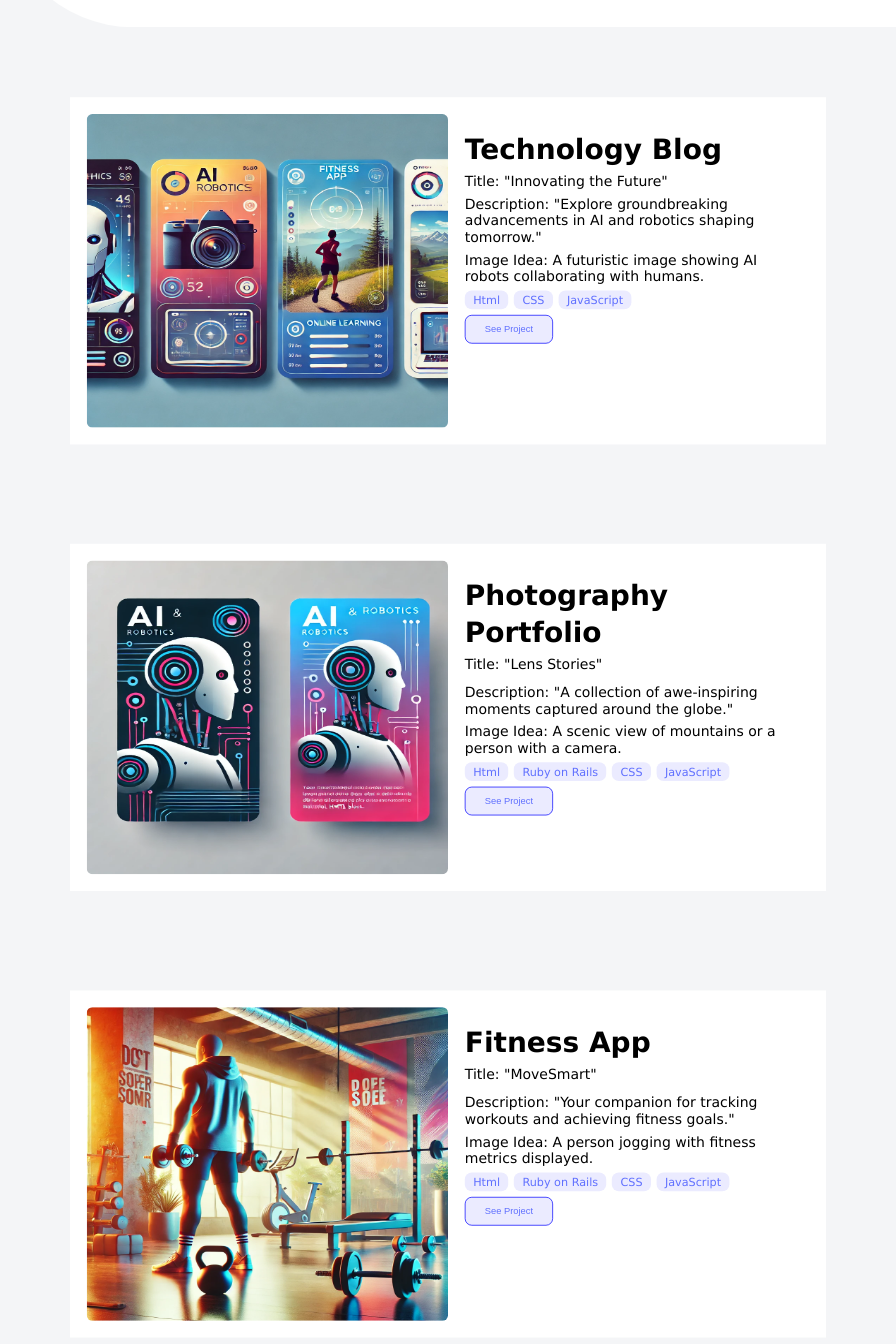
Repository: usman3123/portfolio-template-3
Page: portfolio.html
The author's editor kept a copy of each file at every save. The page is drawn from the files as they stood at one save, then again after the next save.
The browser window is 1280 px wide. The pictures show the part of the page from y = 807 to 2727 px (the page is 3456 px tall), at 70% of full size.
Some web libraries are served in a nearby version.

Above is the page before, as saved 2025-01-25 13:26:25.

### portfolio.html
<!DOCTYPE html>
<html lang="en">
<head>
  <meta charset="UTF-8">
  <meta name="viewport" content="width=device-width, initial-scale=1.0">
  <title>project 2</title>
  <link rel="stylesheet" href="style.css">
  <link href='https://unpkg.com/boxicons@2.1.4/css/boxicons.min.css' rel='stylesheet'>
  <link rel="stylesheet" href="https://cdnjs.cloudflare.com/ajax/libs/font-awesome/6.6.0/css/all.min.css" integrity="sha512-Kc323vGBEqzTmouAECnVceyQqyqdsSiqLQISBL29aUW4U/M7pSPA/gEUZQqv1cwx4OnYxTxve5UMg5GT6L4JJg==" crossorigin="anonymous" referrerpolicy="no-referrer" />
  <link rel="stylesheet" href="https://cdnjs.cloudflare.com/ajax/libs/font-awesome/6.6.0/css/all.min.css" integrity="sha512-Kc323vGBEqzTmouAECnVceyQqyqdsSiqLQISBL29aUW4U/M7pSPA/gEUZQqv1cwx4OnYxTxve5UMg5GT6L4JJg==" crossorigin="anonymous" referrerpolicy="no-referrer" />

  <link rel="stylesheet" href="https://cdnjs.cloudflare.com/ajax/libs/font-awesome/6.7.2/css/all.min.css">
  <link rel="preconnect" href="https://fonts.googleapis.com">
<link rel="preconnect" href="https://fonts.gstatic.com" crossorigin>
<link href="https://fonts.googleapis.com/css2?family=Poppins:ital,wght@0,100;0,200;0,300;0,400;0,500;0,600;0,700;0,800;0,900;1,100;1,200;1,300;1,400;1,500;1,600;1,700;1,800;1,900&display=swap" rel="stylesheet">
</head>

<body>
<section class="webpage">
  <!-- Navbar -->

 <div class="hero-page">
  <div class="header-div">
    <nav class="nav-bar flex">
        <h4 class="nav-heading">My Logo</h4>
        <div class="nav-links flex">
            <a href="#myportfolio" class="link">Portfolo</a>
            <a href="myabout" class="link">About</a>
            <a href="mycontact" class="link" >Contact</a>
        </div>
        <i class="fa-solid fa-light fa-bars fa-xl " id="nav-icon"></i>
    </nav>
</div>

  <!-- Main Content -->
  <section id="myportfolio" class="hero-section flex">
    <div class="hero-content flex">
        <h1 class="hero-head"> I'm USMAN!
          Glad to see you.
      </h1>
      <p class="hero-p">
         I'm a software developer! I can help you build a product , feature or website Look through  some of my work and experience! If you like what you see and have a project you need coded, don’t hesitate to contact me.
      </p>
     <p class="let-connect"> LET'S CONNECT</p>

      <div class="icons flex">
          <img src="/assets/twitter.png" class="media-icon">
          <img src="assets/Linkedin.png" class="media-icon">
          <img src="assets/M.png" class="media-icon">
          <img src="assets/Github.png" class="media-icon">
          <img src="assets/V.png" class="media-icon">
      </div>
    </div>
  </section>

 </div>
  <!-- Cards Section -->

  <section class="cards flex">
    <div class="card flex">
      <img class="card-img" src="/assets/card-1img.webp" alt="CARD_!_IMG">
      <div class="card-content flex">
        <h2>Technology Blog</h2>
        <p class="content-p">Title: "Innovating the Future"</p>
        <p class="content-p">Description: "Explore groundbreaking advancements in AI and robotics shaping tomorrow."</p>
        <p class="content-p">Image Idea: A futuristic image showing AI robots collaborating with humans.</p>
        <div class="languages flex">
          <p class="lang">Html</p>
          <p class="lang">CSS</p>
          <p class="lang">JavaScript</p>
        </div>
        <button class="content-btn">See Project</button>
      </div>
    </div>
    <div class="card flex">
      <img class="card-img" src="/assets/card-2img.webp" alt="CARD_!_IMG">
      <div class="card-content flex">
        <h2>Photography Portfolio</h2>
        <p class="content-p">Title: "Lens Stories"<p>
        <p class="content-p">Description: "A collection of awe-inspiring moments captured around the globe."</p>
        <p class="content-p">Image Idea: A scenic view of mountains or a person with a camera.
        </p>
        <div class="languages flex">
          <p class="lang">Html</p>
          <p class="lang">Ruby on Rails</p>
          <p class="lang">CSS</p>
          <p class="lang">JavaScript</p>
        </div>
        <button class="content-btn">See Project</button>
      </div>
    </div>
    <div class="card flex">
      <img class="card-img" src="/assets/card-3img.webp" alt="CARD_!_IMG">
      <div class="card-content flex">
        <h2>Fitness App</h2>
        <p class="content-p">Title: "MoveSmart"<p>
        <p class="content-p">Description: "Your companion for tracking workouts and achieving fitness goals."</p>
        <p class="content-p">Image Idea: A person jogging with fitness metrics displayed.</p>
        <div class="languages flex">
          <p class="lang">Html</p>
          <p class="lang">Ruby on Rails</p>
          <p class="lang">CSS</p>
          <p class="lang">JavaScript</p>
        </div>
        <button class="content-btn">See Project</button>
      </div>
    </div>
    <div class="card flex">
      <img class="card-img" src="/assets/card-4img.webp" alt="CARD_!_IMG">
      <div class="card-content flex">
        <h2>Online Learning</h2>
        <p class="content-p">Title: "Skillify"p>
        <p class="content-p">Description: "Join courses from world-class instructors and master new skills."</p>
        <p class="content-p">Image Idea: A laptop with an open notebook and a student studying.</p>
        <div class="languages flex">
          <p class="lang">Html</p>
          <p class="lang">Ruby on Rails</p>
          <p class="lang">CSS</p>
          <p class="lang">JavaScript</p>
        </div>
        <button class="content-btn">See Project</button>
      </div>
    </div>
  </section>


   <!-- ABOUT MYSELF -->

  <!-- <section id="myabout" class="about flex">

    <div class="about-intro flex">
      <h1 style="font-size: 40px;">About Myself</h1>
      <p class="about-paragraph">Hello I'm a software developer! I can help you build a product , feature or website Look through some of my work and experience! If you like what you see and have a project you need coded, don't hesitate to contact me.</p>
        <p class="let-connect">Let's Connect</p>
        <div class="icons flex icon-gap">
          <img src="assets/twitter.png" class="twitter">
          <img src="assets/Linkedin.png" class="inimage">
          <img src="assets/M.png" class="mimage">
          <img src="assets/Github.png" class="tomimage">
          <img src="assets/V.png" class="protocol">
      </div>
      <button class="button rsm-btn"> Get my resume</button>
    </div>

    <div class="about-skills flex">
      <div class="about-all flex">
        <p>Languages</p>
        <i class='bx bx-chevron-down'></i>
      </div>
      <div class="about-lang flex">
        <div class="about-lang-img flex">
          <i class="fa-brands fa-js" style="color: #ff0000;"></i>
          <p>JavaScript</p>
        </div>
        <div class="about-lang-img flex">
          <i class="fa-brands fa-html5" style="color: #FFD43B;"></i>
          <p>Html</p>

        </div>
        <div class="about-lang-img flex">
          <i class="fa-brands fa-css3-alt" style="color: #74C0FC;"></i>
          <p>css</p>
        </div>
      </div>
      <div class="about-all flex">
        <p> Frameworks</p>
        <i class='bx bx-chevron-right'></i>
      </div>
      <div class="about-all flex">
        <p>Skills</p>
        <i class='bx bx-chevron-right'></i>
        </div>
        </div>
        <div class="contact-section flex">
            <h4 class="contact-paragraph">I'm always interested in hearing about new projects, so if you'd like to chat please get in touch.</h4>
            <form action="submit-form" class="contact-form flex">
                <div class="names flex">
                    <input type="text" placeholder="Full name" class="first-name">
                    <input type="text" placeholder="last name" class="last-name">
      </div>
        <div class="contact-section flex">
            <h4 class="contact-paragraph">I'm always interested in hearing about new projects, so if you'd like to chat please get in touch.</h4>
            <form action="submit-form" class="contact-form flex">
                <div class="names flex">
                    <input type="text" placeholder="Full name" class="first-name">
                    <input type="text" placeholder="last name" class="last-name">
    </div>
  </section> -->

  <!-- Contact section -->

  <!-- <section id="mycontact" class="contact-section">
    <h1 class="contact-heading">Contact Me</h1>
    <p class="contact-description">
        If you have an application you are interested in developing, a feature that you need built, or a project that needs coding, I'd love to help with it!
    </p>
    <form class="contact-form">
        <input class="form-input" type="text" placeholder="Your Name">
        <input class="form-input" type="email" placeholder="Your Email">
        <textarea class="form-message" placeholder="Write your message here..."></textarea>
        <button class="form-button">Get in Touch</button>
    </form>

</section>

</main> -->
</section>

<script src="index.js"></script>
</body>
</html>

### style.css
*{
    margin: 0;
    padding: 0;
    box-sizing: border-box;
}

body {
    font-family: Verdana, Geneva, Tahoma, sans-serif;
    background-color: #f4f5f7;
}

.flex {
    display: flex;
}

/* nav-bar */

.header-div {
    background-color: #3c3a39;
    width: 100%;
}

.nav-bar {
    justify-content: space-between;
    color: white;
    max-width: 1204px;
    align-items: center;
    padding: 10px 24px;
}

.nav-heading {
    font-size: 30px;
}

.nav-links {
    gap: 40px;
    align-items: center;
    font-size: 25px;
    display: none;
}
.nav-icon {
    display: flex;
    width: 24px;
}


/* hero-section */

.hero-page {
    background-color: white;
    border-bottom-left-radius: 190px;
    background-image: url(/assets/Header\ bg@2x.png);
    background-size: contain;
    max-height: 846px;
    background-position: center;
    background-repeat: no-repeat;
    max-width: 1440px;
}
.hero-section {
    height: 846px;
    align-items: center;
    justify-content: center;
    padding-left: 20%;
}
.hero-content {
    flex-direction: column;
    gap: 20px;
}
.hero-head {
    font-size: 48px;
    font-weight: 700;
    width: 35%;
}

.hero-p {
    font-size: 25px;
    line-height: 28px;
    color: #344563;

    width: 73%;
}

.let-connect {
    color: #1d32f7;
    font-size: 20px;
    font-weight: 500;
    line-height: 24px;
}

.media-icon {
    height: 35px;
}

.icons {
    gap: 10px;
}

.nav-head {
    max-width: 1440px;
    width: 100%;
}
.enable {
    color: blue;
}
.link {
    color: white;
    text-decoration: none;
}

/* card-section */

.cards {
    flex-direction: column;
    align-items: center;
    gap:142px;
    padding: 100px;
}
.card {
    background-color: white;
    max-width: 1156px;
    max-height: 496px;
    width: 100%;
    padding: 24px;
}
.card-img {
    max-width: 544px;
    width: 50%;
    border-radius:8px ;
}

.card-content {
    padding: 24px;
    flex-direction: column;
    gap: 24px;
}

.card-content > h2 {
    font-size: 40px;
    font-weight: 700;
    line-height: 52px;
}
.content-p {
    font-size: 20px;
    font-weight: 400;
    line-height: 24px;
}

.languages {
    gap: 8px;
}

.lang {
    padding: 4px 12px;
    color: #6070ff;
    background-color: #ebebff;
    border-radius: 10px;
}

.content-btn {
    max-width: 126px;
    width: 100%;
    padding: 4px 12px;
    color: #6070ff;
    background-color: #ebebff;
    border-radius: 10px;
    padding: 12px;
    border: 1px solid blue;
}

@media (max-width : 1100px) {
    .hero-head {
        width: 53%;
    }
}
@media (max-width : 500px) {
    .hero-head {
        width: 100%;
    }
    .hero-section {
        padding: 24px;
    }
    .hero-p {
        width: 100%;
    }
}
@media (min-width : 700px) {
    .nav-links {
        display: flex;
    }
    #nav-icon {
        display: none;
    }
}
@media (max-width : 1440px) {
    .card-content {
        gap: 8px;
    }
}

Loaded but not shown: index.js (no copy from this time; the picture is the same without it)

After the next save:
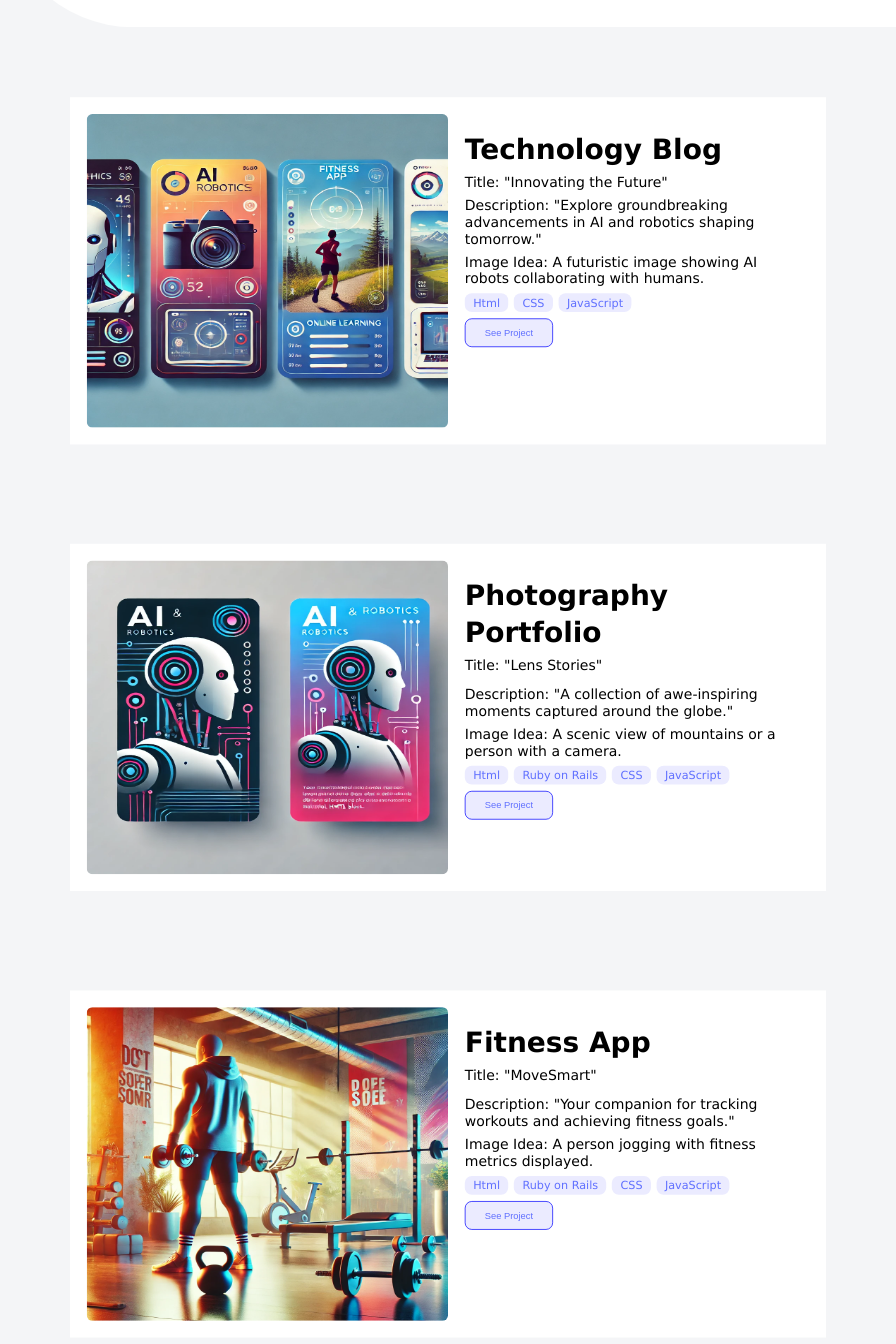
Saved 19 s later.
--- a/style.css
+++ b/style.css
@@ -193,6 +193,6 @@
 }
 @media (max-width : 1440px) {
     .card-content {
-        gap: 8px;
+        gap: 9px;
     }
 }

After the save that followed:
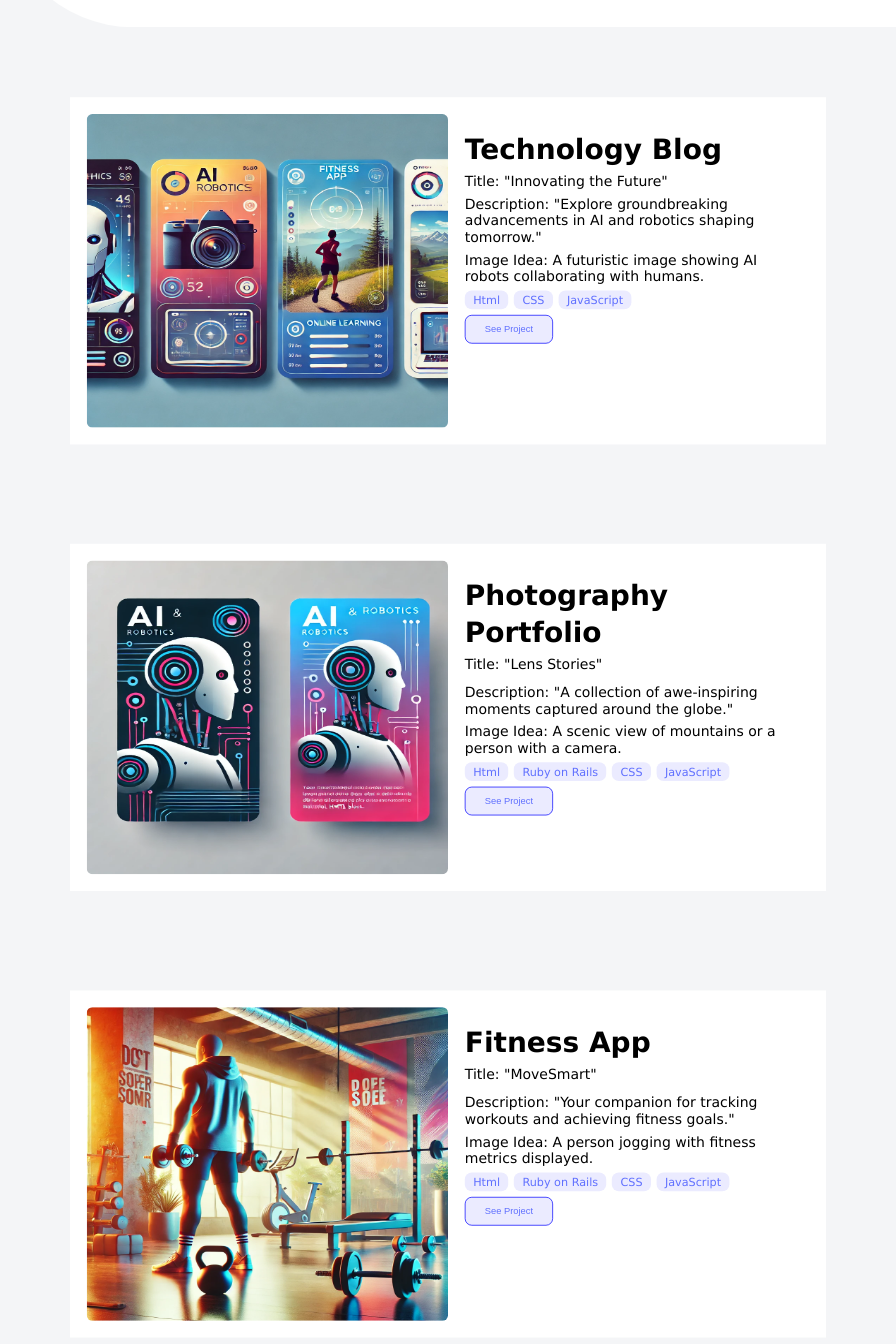
Saved 9 s later.
--- a/style.css
+++ b/style.css
@@ -193,6 +193,6 @@
 }
 @media (max-width : 1440px) {
     .card-content {
-        gap: 9px;
+        gap: 8px;
     }
 }
